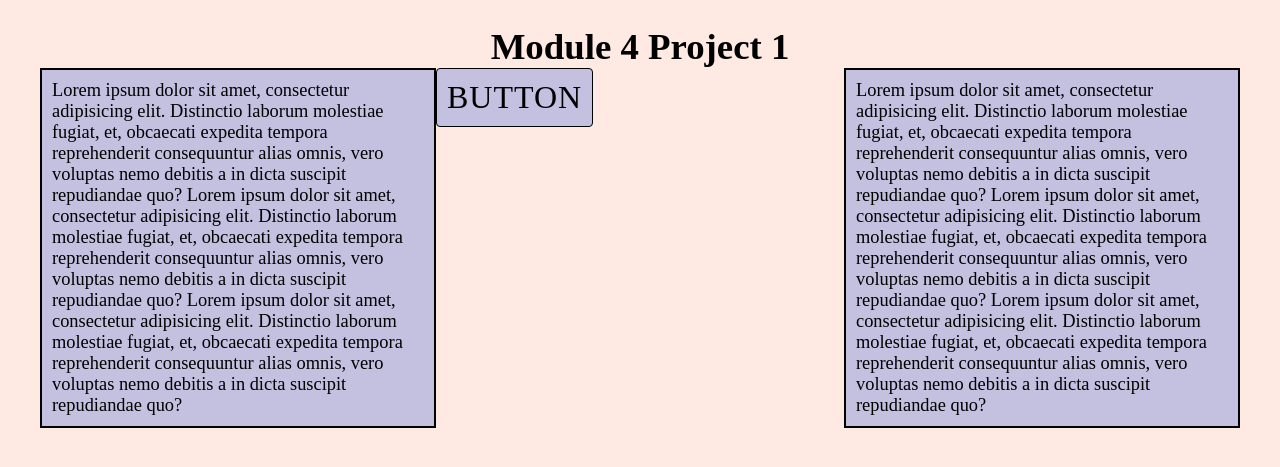
Repository: mlmEFSC21/P6-External-Style-Sheet
Page: index.html
An editor plug-in stored every save of this project. The page is shown before and after the next save, followed by the edit.
The browser window is 1280 px wide. The pictures show the whole page.

Above is the page before, as saved 2022-02-13 17:25:46.

After the next save:
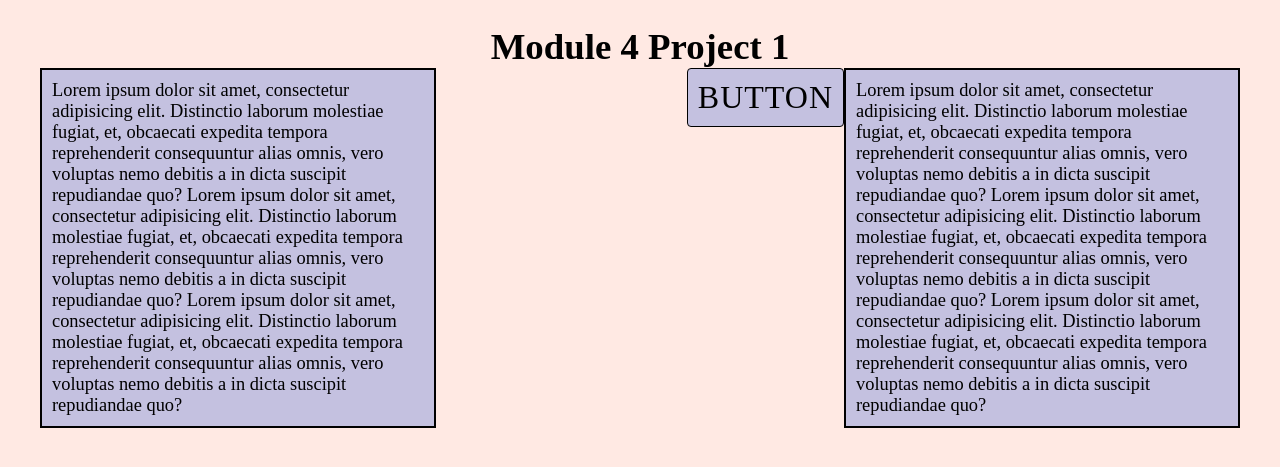
Saved 12 s later.
--- a/Styles.css
+++ b/Styles.css
@@ -47,7 +47,7 @@ a {
     text-decoration: none;
 }
 a.button {
-    float: left;
+    float: inline-end;
     padding: 10px;
     border: 1px solid black;
     border-radius: 4px;
